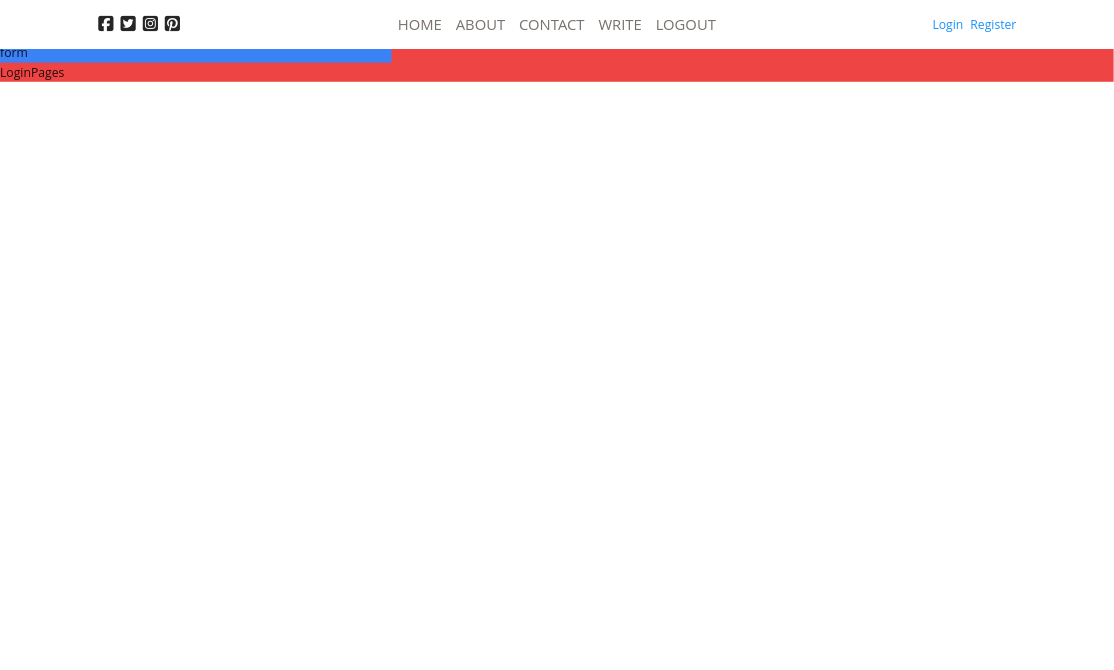
Repository: truongnguyenuit/Blog_App_ver2
Page: /login (app in client/)
These files come from the project's save history. The page is drawn as it stood at one moment and after a run of saves; the edit follows.
The browser window is 1280 px wide. The pictures show the whole page, at 87% of full size.
Some web libraries are served in a nearby version. The project was rebuilt for these pictures with package versions that can differ from the ones it lists, and the page was loaded fresh each time. Also part of the build but not shown: client/src/components/AboutComponent.js, client/src/pages/HomePage.js, client/src/pages/RegisterPage.js.

Above is the page before, as saved 2022-07-18 11:13:20.

### client/public/index.html
<!DOCTYPE html>
<html lang="en">
  <head>

    <meta charset="utf-8" />
    <meta name="viewport" content="width=device-width, initial-scale=1" />
    <meta
      name="description"
      content="Web site created using create-react-app"
    />
    <style>
      *{
        font-family: 'Open Sans', sans-serif;
        margin: 0;
      }
    </style>
    <script src="https://kit.fontawesome.com/cd2089affa.js" crossorigin="anonymous"></script>
    <title>Blog App</title>

  </head>
  <body>

    <noscript>You need to enable JavaScript to run this app.</noscript>
    <div id="root"></div>

  </body>
</html>

### client/src/index.js
import React from 'react';
import ReactDOM from 'react-dom/client';
import './index.css';
import App from './App';
import 'antd/dist/antd.min.css'


const root = ReactDOM.createRoot(document.getElementById('root'));
root.render(
  <React.StrictMode>
    <App />
  </React.StrictMode>
);

### client/src/App.js
import { BrowserRouter, Route, Routes } from "react-router-dom";
import { configRouter } from './router/configRouter';
import NavbarComponent from './components/NavbarComponent';
function App() {
  return (
    <div>
      <BrowserRouter>
        <div className="fixed top-0 left-0 right-0 z-10">
          <NavbarComponent />
        </div>
        <div className="mt-[50px]"></div>
        <Routes>
          {configRouter.map((item, index) => {
            return (
              <Route
                key={index}
                path={item.path}
                element={item.page}
              />
            );
          })}

        </Routes>

      </BrowserRouter>
    </div>
  );
}

export default App;

### client/src/router/configRouter.js
import HomePage from "../pages/HomePage";
import LoginPage from "../pages/LoginPage";
import RegisterPage from "../pages/RegisterPage";
import { pathName } from "./pathName";

export const configRouter=[
  {
    path: pathName.home,
    page: <HomePage/>,
  },
  {
    path: pathName.login,
    page: <LoginPage/>,
  },
  {
    path: pathName.register,
    page: <RegisterPage/>
  }
]

### client/src/components/NavbarComponent.js
import React from 'react'
import { Link } from "react-router-dom";
import { Row, Col } from "antd"
import { pathName } from '../router/pathName';

const NavigateRouter = [
  {
    path: "",
    name: "HOME",
  },
  {
    path: "",
    name: "ABOUT",
  },
  {
    path: "",
    name: "CONTACT",
  },
  {
    path: "",
    name: "WRITE",
  },
  {
    path: "",
    name: "LOGOUT",
  },
];

const NavbarComponent = () => {
  return (
    <div className="bg-white">
      <Row >

        <Col span={6} className="h-14">
          <div className="flex justify-center items-center text-[20px] gap-2 h-14">
            <i className="fa-brands fa-facebook-square cursor-pointer"></i>
            <i className="fa-brands fa-twitter-square cursor-pointer"></i>
            <i className="fa-brands fa-instagram-square cursor-pointer"></i>
            <i className="fa-brands fa-pinterest-square cursor-pointer"></i>
          </div>
        </Col>

        <Col span={12} className="h-14">
          <nav>
            <ul className="flex justify-center items-center text-[17px] gap-4 h-14">
              {NavigateRouter.map((item, index) => {
                return (
                  <li key={index}>
                    <Link to={item.path} className="text-stone-500 hover:text-stone-400">
                      {item.name}
                    </Link>
                  </li>
                );

              })}
            </ul>
          </nav>
        </Col>

        <Col span={6} className="h-14">
          <div className="flex justify-center items-center gap-2 h-14">
            <Link to={pathName.login}>
              Login
            </Link>
            <Link to={pathName.register}>
              Register
            </Link>
          </div>
        </Col>

      </Row>
    </div>
  )
}

export default NavbarComponent

### client/src/pages/LoginPage.js
import React from 'react'

const LoginPage = () => {
  return (
    <div className='bg-red-500' mt->
      <div className="bg-blue-500 w-[450px]">
        form
      </div>
      LoginPages
    </div>
  )
}

export default LoginPage

### client/src/router/pathName.js
export const pathName = {
  home: "/",

  login: "/login",
  register: "/register",

}

### client/tailwind.config.js
/** @type {import('tailwindcss').Config} */
module.exports = {
  content: ["./src/**/*.{html,js,jsx,ts}"],
  theme: {
    extend: {},
  },
  plugins: [],
}

Loaded but not shown: client/src/index.css (common file)

After the next 3 saves:
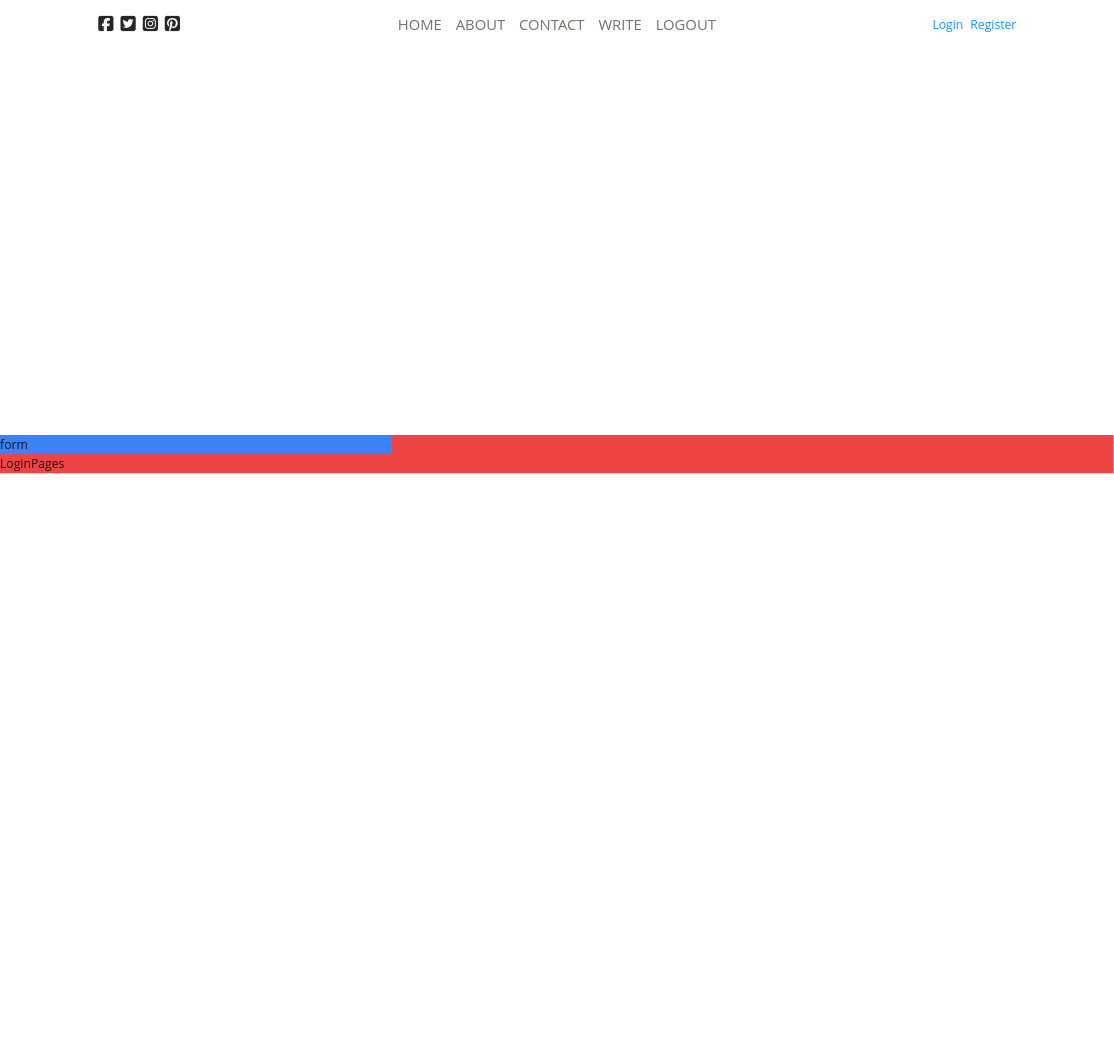
The 3 saves are shown as one change because 1 did not build or start and some came seconds apart.
The last was saved 11 s later.
--- a/client/src/pages/LoginPage.js
+++ b/client/src/pages/LoginPage.js
@@ -2,7 +2,7 @@ import React from 'react'
 
 const LoginPage = () => {
   return (
-    <div className='bg-red-500' mt->
+    <div className='bg-red-500  mt-[500px]'>
       <div className="bg-blue-500 w-[450px]">
         form
       </div>
